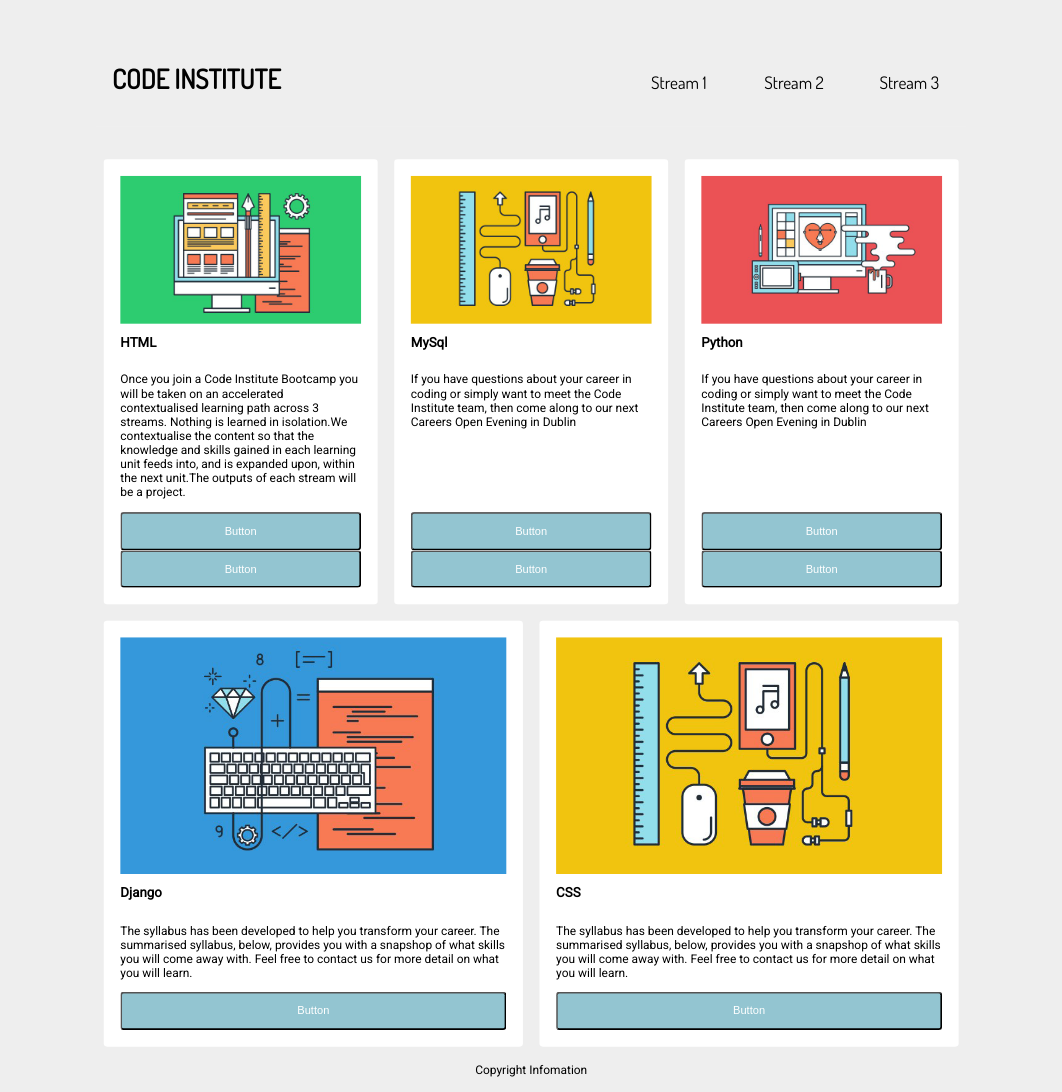
Repository: SOliv1/jquery-events
Page: index.html
The author's editor kept a record of every edit. The page is drawn from the files as they stood at one moment, then again after the next edit.
The browser window is 1280 px wide. The pictures show the whole page, at 83% of full size.
Some web libraries are served in a nearby version.

Above is the page before.

### index.html
<!DOCTYPE html>
<html lang="en">
<head>
    <meta charset="UTF-8">
    <meta name="viewport" content="width=device-width, initial-scale=1">
    <title>jQuery</title>
    <link href="style.css" rel="stylesheet">
    <link href='https://fonts.googleapis.com/css?family=Roboto' rel='stylesheet' type='text/css'>
    <link href='https://fonts.googleapis.com/css?family=Dosis' rel='stylesheet' type='text/css'>
    </head>
<body>
    <div id="container">
        <nav>
            <ul>
                <li id="logoNav">CODE INSTITUTE</li>
                <li id="stream1_btn">Stream 1</li>
                <li id="stream2_btn">Stream 2</li>
                <li id="stream3_btn">Stream 3</li>
            </ul>
        </nav>
        <div class="card stream1">
            <img class="card_image" src="img/3.png" alt="coding icon">
            <div class="card_bottom">
                <h2 class="card_head">HTML</h2>
                <p class="card_para">Once you join a Code Institute Bootcamp you will be taken on an accelerated contextualised learning path across 3 streams. Nothing is learned in isolation.We contextualise the content so that the knowledge and skills gained in each learning
                    unit feeds into, and is expanded upon, within the next unit.The outputs of each stream will be a project. </p>
                <button class="bottom_button">Button</>
                <button class="bottom_button" id="button_effects1">Button</button>
            </div>
        </div>
        <div class="card stream3">
            <img class="card_image" src="img/1.png" alt="coding icon">
            <h2 class="card_head">MySql</h2>
            <p class="card_para">If you have questions about your career in coding or simply want to meet the Code Institute team, then come along to our next Careers Open Evening in Dublin</p>
            <button class="bottom_button">Button</>
            <button id="button_effects2" class="bottom_button">Button</button>
            </div>
        <div class="card stream2">
            <img class="card_image" src="img/2.png" alt="coding icon">
            <h2 class="card_head">Python</h2>
            <p class="card_para">If you have questions about your career in coding or simply want to meet the Code Institute team, then come along to our next Careers Open Evening in Dublin</p>
            <button class="bottom_button">Button</>
            <button id="button_effects3" class="bottom_button">Button</button>
        </div>
        <div class="card stream3">
            <img class="card_image" src="img/4.png" alt="coding icon">
            <h2 class="card_head">Django</h2>
            <p class="card_para">The syllabus has been developed to help you transform your career. The summarised syllabus, below, provides you with a snapshop of what skills you will come away with. Feel free to contact us for more detail on what you will learn.</p>
            <button class="bottom_button">Button</>
        </div>
        <div class="card stream1">
            <img class="card_image" src="img/1.png" alt="coding icon">
            <h2 class="card_head">CSS</h2>
            <p class="card_para">The syllabus has been developed to help you transform your career. The summarised syllabus, below, provides you with a snapshop of what skills you will come away with. Feel free to contact us for more detail on what you will learn.</p>
            <button class="bottom_button">Button</>
        </div>
        <div id="my_footer">
            <p id="copyright">Copyright Infomation</p>
        </div>
    </div>
    <script src="https://code.jquery.com/jquery-3.2.1.js" integrity="sha256-DZAnKJ/6XZ9si04Hgrsxu/8s717jcIzLy3oi35EouyE=" crossorigin="anonymous"></script>
    <script src="script.js"></script>
    <!-- Scripts located at the bottom of the body to insure page is fully loaded before execution -->
</body>
</html>

### style.css
body {
	font-family: 'Roboto', sans-serif;
	/*background-image: url(img/code-institute.jpg);
 	background-size: cover;
 	color: #ffffff;*/
 	background-color: #eee;

}

h1{
	font-size: 3em;
	text-align: center;
}

h2 {
	font-size: 1em;
	text-align: left;

}



p {
	font-size: .9rem;
}



div {
	border-radius: 4px;
}

.card_image {
	width: 100%;

}

.bottom_button {
	display: flex;
	box-sizing:border-box;
	border-radius: 4px;
	display: block;
	width: 100%;
	background-color:rgba(129, 187, 201,.85);
	text-align: center;
	padding: 1em .75em;
	text-decoration: none;
	color: #fff;

}

.card_bottom {
	display: flex;
	flex-flow:column;
}

.card_head {
	flex:0;
}



.card_para {

	flex:1 0 auto;

}

#container {
	display: flex;		/* makes container a flexbox*/
	flex-flow: row wrap; 	/* layout the boxes in rows and wrap them*/
	box-sizing:border-box;
	margin-right:auto;
	margin-left:auto;
	max-width:1050px;
}

#logo {
	width: 800px;
	margin: auto;
}



.card {

	flex:1; /* */

	display: flex;	/* make the contents controllable by flexbox*/
	flex-flow:column;	/* */
	min-width: 240px; /**/
	margin: 10px;
	padding: 20px;
	background-color: #fff;
}

.highlight_stream {
	background-color: #EB5255;
}

#my_footer {
	width:100%;
	text-align: center;
}



#copyright {
	margin-top:10px;
	margin-bottom:10px;

}

/*************************

Navigation

**************************/

nav {

	font-family: roboto;
	background-color: #eee;
	margin: 30px auto;
	width: 100%;
}

ul {

	display: flex;

	justify-content:space-between;

	flex-flow: row;

	/*flex-flow: row-reverse;*/
	/*justify-content:flex-end;*/
	/*justify-content:space-around;*/
	/*align-items:flex-start;*/
	align-items:baseline;
	border-radius: 10px;
	list-style-type: none; /*Remove Bullets*/
	padding: 0;

}

li {
	flex:1;
	height: 30px;
	/*width:10%;*/
	/*border:2px solid #000;*/
	/*background-color: #81BBC9;*/
	/*border-radius: 10px;*/
	font-family: Dosis;
	padding:20px 20px 20px 20px;
	text-align: center;
	font-size: 1.3em;
}

#logoNav {
	flex:6;
	text-align: left;
	font-size: 2em;
	font-weight: bold;
}

.underline {
    text-decoration:underline;

}



.border {

    border: solid 5px #ccc;

}

@media screen and (max-width: 700px) {
	ul {
		flex-flow: column;
		align-items:center;
    }
	li {
		font-size: 2em;
	}

}

### script.js
$(document).ready(function() {
    -$("#stream1_btn").on("click", function() {
        $(".stream1").show();
        $(".stream1").show(1000);
        $("#button_effects1").click(function(){
        $('#button_effects1').hide('slow');
    });
 });

   $("#stream2_btn").on("click", function() {
        $(".stream1").removeClass('highlight_stream');
        $(".stream2").removeClass('highlight_stream');
        $(".stream3").removeClass('highlight_stream');
        $(".stream2").addClass('highlight_stream');
   });

    $("#stream3_btn").on("click", function() {
        $(".stream1").removeClass('highlight_stream');
        $(".stream2").removeClass('highlight_stream');
        $(".stream3").removeClass('highlight_stream');
        $(".stream3").addClass('highlight_stream');
    });
});

    $(document).ready(function() {
    $("#button_effects1").click(function(){
        $('#par1').toggle('1000');
    });
    $("#button_effects2").click(function(){
        $('#par2').toggle('1000');
    });
    $("#button_effects3").click(function(){
        $('#par3').toggle('1000');
    });
    $("#button_effects4").click(function(){
        $('#par4').toggle('1000');
    });
    $("#button_effects5").click(function(){
        $('#par5').toggle('1000');
    });
    $("#button_effects6").click(function(){
        $('#par6').toggle('1000');
    });
});

    $(document).ready(function() {
    // Create the slideToggle effects each of the paragraphs and
    // buttons
    $("#button_effects1").click(function(){
        $('#par1').slideToggle('1000');
    });
    $("#button_effects2").click(function(){
        $('#par2').slideToggle('1000');
    });
    $("#button_effects3").click(function(){
        $('#par3').slideToggle('1000');
    });
    $("#button_effects4").click(function(){
        $('#par4').slideToggle('1000');
    });
    $("#button_effects5").click(function(){
        $('#par5').slideToggle('1000');
    });
    $("#button_effects6").click(function(){
        $('#par6').slideToggle('1000');
    });
});

// Use the fadeTo effect when the mouse hovers over a specific button
    // and fadeTo again when the mouse is no longer hovering over the button

    $("#button_effects1").mouseenter(function(){
        $('#button_effects1').fadeTo(1000, 0.5);
    });
    $("#button_effects1").mouseleave(function(){
        $('#button_effects1').fadeTo(1000, 1);
    });
    $("#button_effects2").mouseenter(function(){
        $('#button_effects2').fadeTo(1000, 0.5);
    });
    $("#button_effects2").mouseleave(function(){
        $('#button_effects2').fadeTo(1000, 1);
    });
    $("#button_effects3").mouseenter(function(){
        $('#button_effects3').fadeTo(1000, 0.5);
    });
    $("#button_effects3").mouseleave(function(){
        $('#button_effects3').fadeTo(1000, 1);
    });
    $("#button_effects4").mouseenter(function(){
        $('#button_effects4').fadeTo(1000, 0.5);
    });
    $("#button_effects4").mouseleave(function(){
        $('#button_effects4').fadeTo(1000, 1);
    });
    $("#button_effects5").mouseenter(function(){
        $('#button_effects5').fadeTo(1000, 0.5);
    });
    $("#button_effects5").mouseleave(function(){
        $('#button_effects5').fadeTo(1000, 1);
    });
    $("#button_effects6").mouseenter(function(){
        $('#button_effects6').fadeTo(1000, 0.5);
    });
    $("#button_effects6").mouseleave(function(){
        $('#button_effects6').fadeTo(1000, 1);
    });
//waits until page is loaded first

    $(document).ready(function(){
    //applies colour red to paragraphs when clicked on
    $("p").click(function(){
        $("p").addClass("highlight_text");
    });
});

//will add lightblue to h2 elements

    $("h2").hover(function(){
        $("h2").addClass( "h2_color");
    });

    /*
    this will apply larger font size to the active h2 element
    by adding the h2_font_size class but
    not the other h2 elements by removing class h2_font_size from them
    */

    $("#hr_html").hover(function(){
        $("#hr_mysql").removeClass("h2_font_size");
        $("#hr_python").removeClass("h2_font_size");
        $("#hr_jquery").removeClass("h2_font_size");
        $("#hr_django").removeClass("h2_font_size");
        $("#hr_css").removeClass("h2_font_size");
        $("#hr_mysql").removeClass("h2_font_size");
        $("#hr_html").addClass("h2_font_size");
    });

    $("#hr_css").hover(function(){
        $("#hr_mysql").removeClass("h2_font_size");
        $("#hr_python").removeClass("h2_font_size");
        $("#hr_jquery").removeClass("h2_font_size");
        $("#hr_django").removeClass("h2_font_size");
        $("#hr_html").removeClass("h2_font_size");
        $("#hr_css").addClass("h2_font_size");
    });


    //applies colour black to body background when mouse enters over buttons


    $(".bottom_button").mouseenter(function(){
        $("body").css( "background-color", "black");
    });

    //applies colour grey to body background when mouse leaves buttons

    $(".bottom_button").mouseleave(function(){
        $("body").css( "background-color", "#eee");
    });

After the next edit:
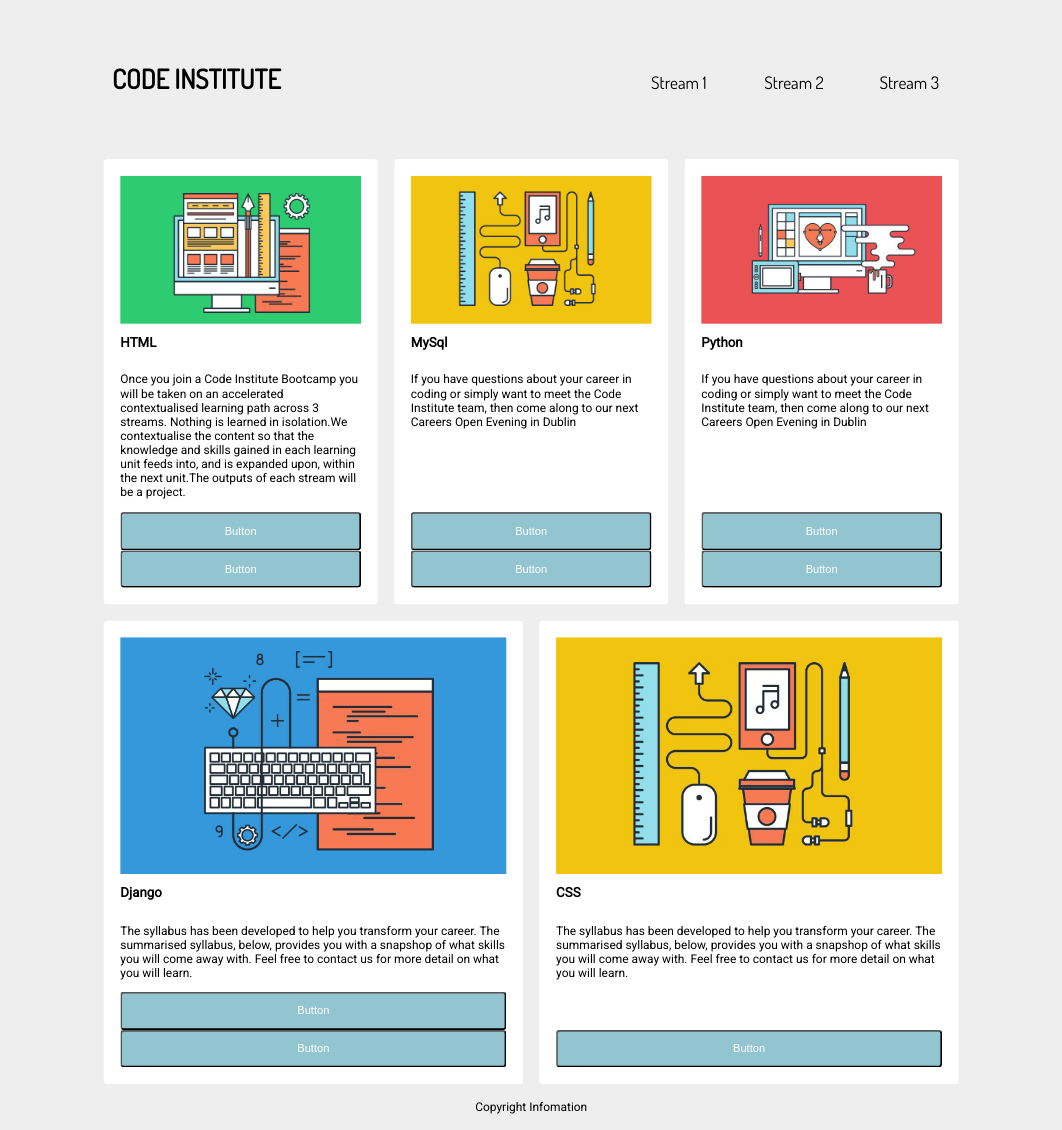
The edit:
--- a/index.html
+++ b/index.html
@@ -47,6 +47,7 @@
             <h2 class="card_head">Django</h2>
             <p class="card_para">The syllabus has been developed to help you transform your career. The summarised syllabus, below, provides you with a snapshop of what skills you will come away with. Feel free to contact us for more detail on what you will learn.</p>
             <button class="bottom_button">Button</>
+             <button id="button_effects4" class="bottom_button">Button</button>
         </div>
         <div class="card stream1">
             <img class="card_image" src="img/1.png" alt="coding icon">
